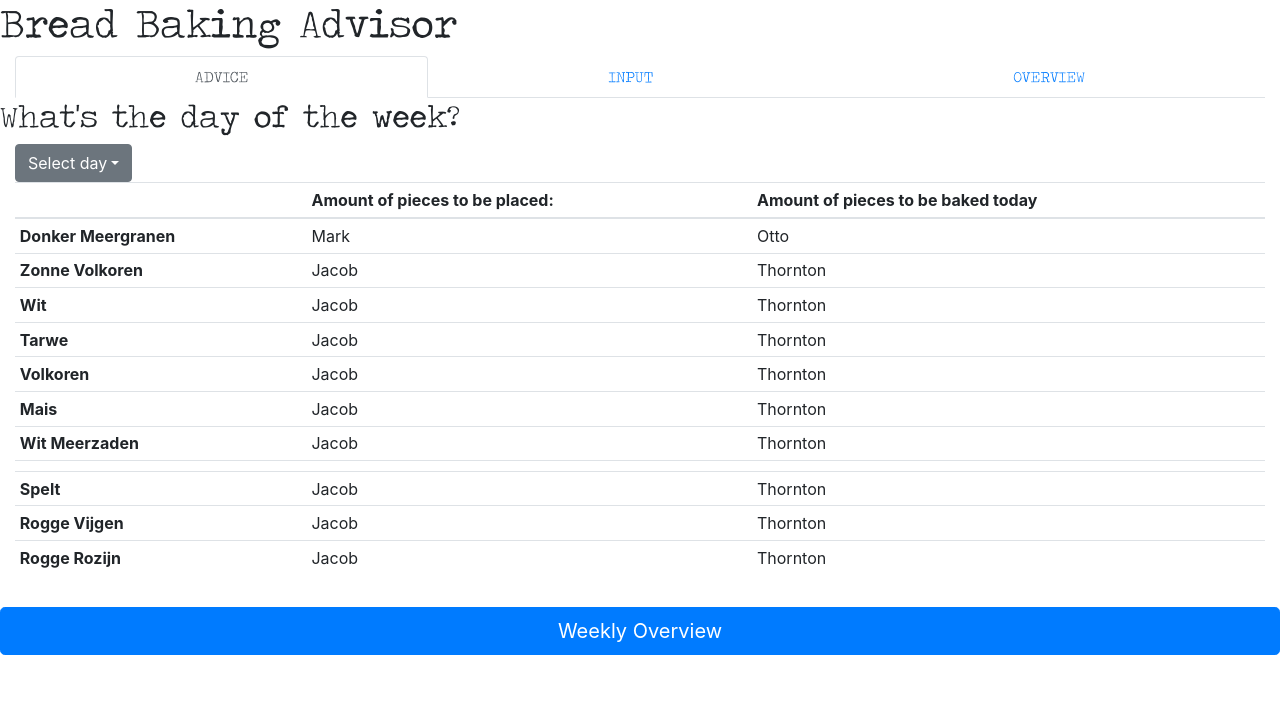
Repository: MarthGimenzo/bread-baking-advisor
Page: index.html
The author's editor kept a record of every edit. The page is drawn from the files as they stood at one moment, then again after the next edit.
The browser window is 1280 px wide. The pictures show the whole page.

Above is the page before.

After the next edit:
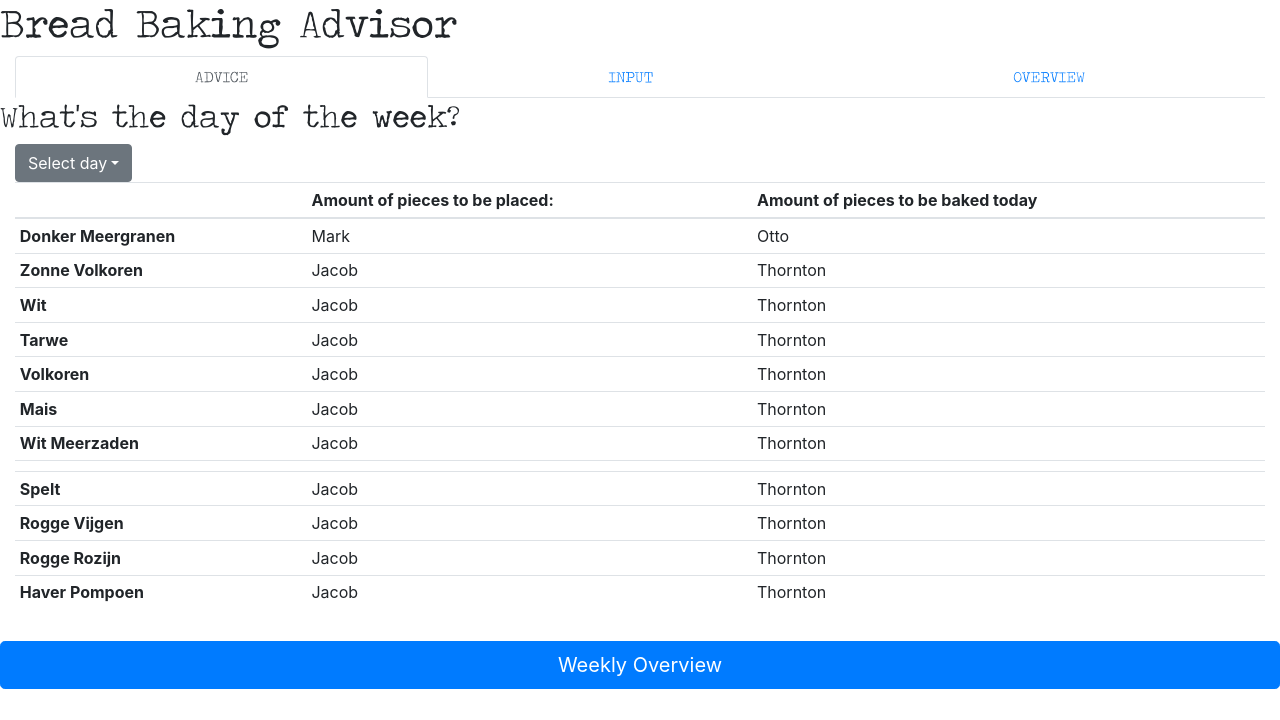
The edit:
--- a/index.html
+++ b/index.html
@@ -109,6 +109,11 @@
                     <td>Jacob</td>
                     <td>Thornton</td>
                 </tr>
+                <tr>
+                    <th scope="row">Haver Pompoen</th>
+                    <td>Jacob</td>
+                    <td>Thornton</td>
+                </tr>
             </tbody>
         </table>
     </div>
